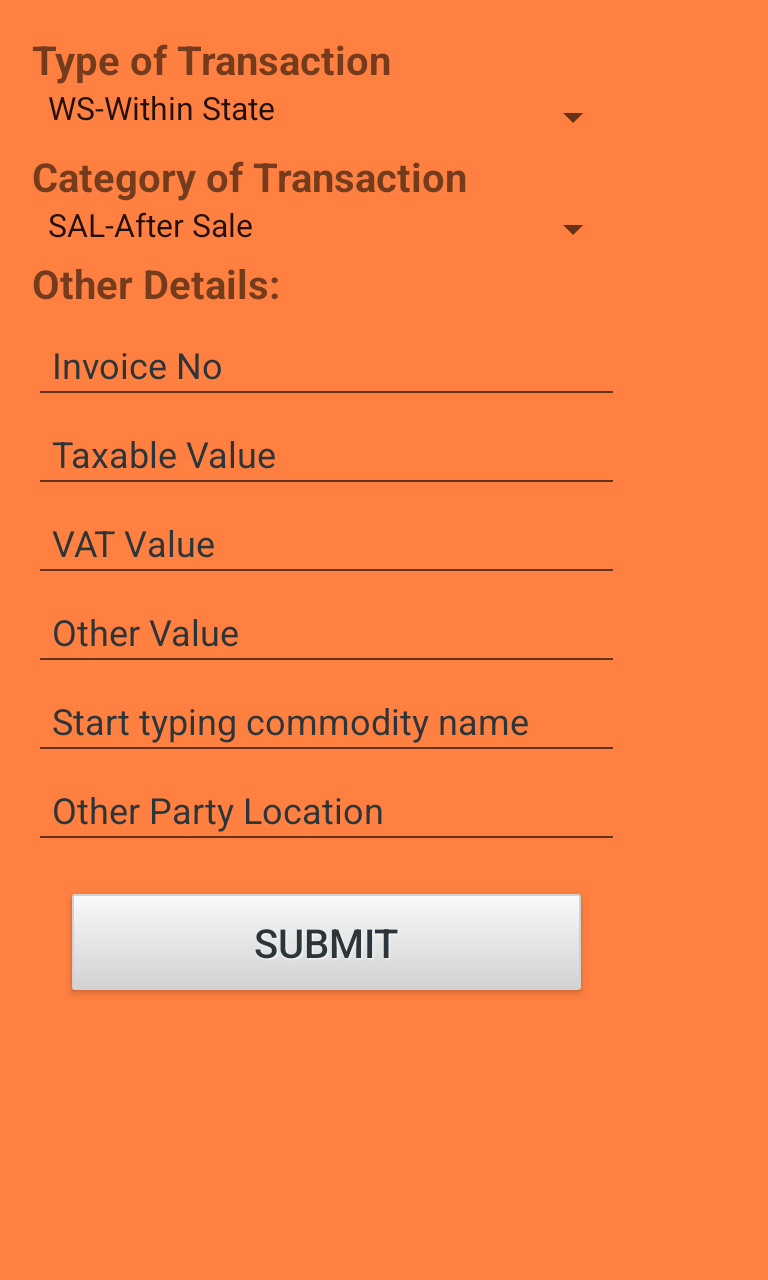
Repository: rajeefmk/Android_Projects
Layout: mSugam/res/layout/activity_main.xml
The author's editor kept a copy of each file at every save. The layout is drawn from the files as they stood at one save, then again after the next save.
It is drawn on a 768 x 1280 px phone screen (xhdpi) without system bars, with theme AppTheme; the app's code is not run.

Above is the layout before, as saved 2014-10-14 05:33:48.

### mSugam/res/layout/activity_main.xml
<LinearLayout
    xmlns:android="http://schemas.android.com/apk/res/android"
    xmlns:tools="http://schemas.android.com/tools"
    xmlns:msugam="http://schemas.android.com/apk/res-auto"
    android:id="@+id/LinearLayout1"
    android:layout_width="match_parent"
    android:layout_height="match_parent"
    android:orientation="vertical"
    android:paddingBottom="@dimen/activity_vertical_margin"
    android:paddingLeft="@dimen/activity_horizontal_margin"
    android:paddingRight="@dimen/activity_horizontal_margin"
    android:paddingTop="@dimen/activity_vertical_margin"
    tools:context="us.jaaga.msugam.MainActivity$PlaceholderFragment"
    android:layout_gravity="center_horizontal"
	android:background="#FF8040"     >

        <!-- android:showDividers="middle" -->

     <ScrollView
        android:layout_width="wrap_content"
        android:layout_height="wrap_content"
        >
     <LinearLayout
        android:orientation="vertical"
        android:layout_width="fill_parent"
        android:layout_height="wrap_content"
          >
        <TextView
            android:layout_width="match_parent"
            android:layout_height="wrap_content"
            android:text="Type of Transaction"
            android:textStyle="bold"
            android:textSize="20sp"
            />

		<Spinner
		    android:id="@+id/SpinnerType"
		    android:layout_height="wrap_content"
		    android:layout_width="match_parent"
		    android:entries="@array/type_list"
		    android:prompt="@string/type"
		    android:paddingBottom="10sp"
		    />

		<TextView
            android:layout_width="match_parent"
            android:layout_height="wrap_content"
            android:text="Category of Transaction"
            android:textStyle="bold"
            android:textSize="20sp"/>

		<Spinner
		    android:id="@+id/SpinnerCategory"
		    android:layout_height="wrap_content"
		    android:layout_width="match_parent"
		    android:entries="@array/category_list"
		    android:prompt="@string/category"
		    android:paddingBottom="5sp"

		  />

		<TextView
            android:layout_width="match_parent"
            android:layout_height="wrap_content"
            android:text="Other Details:"
            android:textStyle="bold"
            android:textSize="20sp"
            android:paddingBottom="5sp"
            />


		<!-- <EditText
		    android:id="@+id/OtherPartyTin"
		    android:layout_height="wrap_content"
		    android:layout_width="match_parent"
		    android:inputType="textCapCharacters"
		    android:hint="@string/other_party_tin"
		    android:textColorHint="#2C3539"
		    android:padding="10dp"
			android:textColor="#ffffff"
					    /> -->

		<EditText
		    android:id="@+id/InvoiceNo"
		    android:layout_height="wrap_content"
		    android:layout_width="match_parent"
		    android:inputType="textCapCharacters"
		    android:hint="@string/invoice_number"
		    android:textColorHint="#2C3539"
		    android:padding="10dp"
		    android:textColor="#ffffff"
		    />

		<EditText
		    android:id="@+id/TaxableVal"
		    android:layout_height="wrap_content"
		    android:layout_width="match_parent"
		    android:inputType="numberDecimal"
		    android:hint="@string/taxable_value"
		    android:textColorHint="#2C3539"
		    android:padding="10dp"
		    android:textColor="#ffffff"

		    />

		<EditText
		    android:id="@+id/VATVal"
		    android:layout_height="wrap_content"
		    android:layout_width="match_parent"
		    android:inputType="numberDecimal"
		    android:hint="@string/VAT_value"
		    android:textColorHint="#2C3539"
		    android:padding="10dp"
		    android:textColor="#ffffff"

		    />

		<EditText
		    android:id="@+id/OtherVal"
		    android:layout_height="wrap_content"
		    android:layout_width="match_parent"
		    android:inputType="numberDecimal"
		    android:hint="@string/other_value"
		    android:textColorHint="#2C3539"
		    android:padding="10dp"
		    android:textColor="#ffffff"
		    />

		<AutoCompleteTextView
		    android:id="@+id/CommCode"
		    android:layout_height="wrap_content"
		    android:layout_width="match_parent"
		    android:hint="@string/commodity_code"
		    android:textColorHint="#2C3539"
		    android:padding="10dp"
		    android:textColor="#ffffff"
		    />


		<EditText
		    android:id="@+id/Place"
		    android:layout_height="wrap_content"
		    android:layout_width="fill_parent"
		    android:inputType="textCapCharacters"
		    android:hint="@string/other_party_location"
		    android:textColorHint="#2C3539"
		    android:padding="10dp"
		    android:textColor="#ffffff"
		    />

		<Button
		    android:id="@+id/submitButton"
		    android:layout_height="wrap_content"
		    android:layout_width="fill_parent"
		    android:text="@string/submit_button"
		    android:layout_gravity="bottom"
		    style="@style/DefaultButtonText"
            android:background="@drawable/button_default_bg"
            android:textColor="#2C3539"

		    />
		</LinearLayout>
	</ScrollView>

</LinearLayout>

### mSugam/res/values/strings.xml
<?xml version="1.0" encoding="utf-8"?>
<resources>

    <string name="app_name">mSugam</string>
    <string name="action_settings">Settings</string>
    <string name="type">Choose Type of Transaction</string>
    <string name="category">Choose Category of Transaction</string>
    <string name="submit_button">Submit</string>
    <string name="splash_screen">mSugam</string>

    <!-- Field Strings -->

    <string name="other_party_tin">Other Party Tin</string>
    <string name="invoice_number">Invoice No</string>
    <string name="taxable_value">Taxable Value</string>
    <string name="VAT_value">VAT Value</string>
    <string name="other_value">Other Value</string>
    <string name="commodity_code">Start typing commodity name</string>
    <string name="other_party_location">Other Party Location</string>

    <string-array name="type_list">
        <!-- <item>Choose Type of Transaction</item> -->
        <item>WS-Within State</item>
        <item>IS-Interstate State</item>
        <item>EX-Export</item>
        <item>IM-Import</item>
    </string-array>

    <string-array name="category_list">
        <!-- <item>Choose Category of Transaction</item> -->
        <item>SAL-After Sale</item>
        <item>PUR-After Purchase</item>
        <item>THP-To His Principal</item>
        <item>SGS-To Shop/Go down/Storage</item>
        <item>JRL-Job work/Return/Line Sales</item>
        <item>CSD-Cons. Sale(Despatch)</item>
        <item>CSR-Cons. Sale(Receipt)</item>
        <item>STD-Stock Transfer(Despatch)</item>
        <item>STR-Stock Transfer(Receipt)</item>
        <item>OTH-Others</item>
    </string-array>

    <string-array name="commodity_code">
        <item>ADHESIVES OF ALL KINDS</item>
		<item>AGRICULTURAL AND HORTICULTURAL IMPLEMENTS</item>
		<item>ANIMAL AND ITS PRODUCTS</item>
		<item>ARECANUT IN ALL FORMS</item>
		<item>ARMS AND EXPLOSIVES</item>
		<item>AUDIO, MUSIC AND VIDEO SYSTEMS/EQUIPMENTS/PARTS/CDS/CASSETTES/TAPES</item>
		<item>AERO/JET PLANES, HELICAOPTERS AND OTHER FLYING MACHINES/PARTS</item>
		<item>BABY FOODS AND FOOD SUPPLEMENTS</item>
		<item>BAKERY PRODUCTS AND CONFECTIONERY</item>
		<item>BATTERIES OF ALL KINDS AND PARTS</item>
		<item>BICYCLES AND PARTS</item>
		<item>BISCUITS</item>
		<item>BRICKS AND TILES OF ALL KINDS</item>
		<item>CARPETS</item>
		<item>CEMENT AND ITS PRODUCTS AND MIXTURES</item>
		<item>CEREALS AND PULSES</item>
		<item>CHEMICALS</item>
		<item>COAL AND COKE</item>
		<item>COFFEE SEEDS AND COFFEE</item>
		<item>COIR PRODUCTS</item>
		<item>COMPUTER OF ALL KINDS, PERIPHERALS,CONSUMABLES AND SOFTWARE</item>
		<item>COOLING SYSTEMS AND PARTS</item>
		<item>COTTON OF ALL KINDS</item>
		<item>DAIRY PRODUCTS</item>
		<item>DIESEL ENGINES AND PARTS</item>
		<item>DRY FRUITS OTHER THAN CASHEW</item>
		<item>CASHEW</item>
		<item>EDIBLE OILS INCLUDING VANASPATHI</item>
		<item>ELECTRICAL GOODS OF ALL KINDS (HOME/INDUSTRIAL)</item>
		<item>ELECTRONIC GOODS</item>
		<item>FERTILIZERS AND AGRO CHEMICALS</item>
		<item>FIBRE GLASS AND ITS ARTICLES</item>
		<item>FIRE FIGHTING EQUIPMENTS</item>
		<item>FIREWORKS</item>
		<item>FOOD AND DRINKS</item>
		<item>FOOTWEAR OF ALL KINDS AND ACCESSORIES</item>
		<item>FOREST PRODUCES</item>
		<item>FURNITURE OF ALL KINDS</item>
		<item>GLASS AND GLASS ARTICLES</item>
		<item>HANDICRAFTS OF METALS AND IVORY AND SANDALWOOD ARTICLES</item>
		<item>HARDWARE AND PAINTS</item>
		<item>ICE CREAM AND ICE</item>
		<item>INCENSE STICKS</item>
		<item>INDUSTRIAL GASES</item>
		<item>IRON AND STEEL AND ITEMS THEREOF</item>
		<item>SCRAP OF FERROUS AND NON-FERROUS METALS</item>
		<item>JAGGERY</item>
		<item>JEWELLERY AND ALL KINDS OF ARTICLES OF GOLD, SLIVER, PLATINUM</item>
		<item>KITCHEN-WARE (STOVES, FLASKS, CHINAWARE, CUTLERY, ETC)</item>
		<item>LEASING OF GOODS OF ALL KINDS</item>
		<item>LEATHER GOODS OF ALL KINDS EXCLUDING FOOTWEAR</item>
		<item>LIFTS AND ELEVATORS</item>
		<item>LOCOMOTIVES AND PARTS THEREOF</item>
		<item>MACHINERY AND PARTS</item>
		<item>MEDICINAL AND PHARMACEUTICAL PREPARATIONS , EQUIPMENTS</item>
		<item>MINERALS AND ORES</item>
		<item>AUTOMOBILES/MOTOR VEHICLES OF ALL KINDS AND PARTS THEREOF</item>
		<item>MUSICAL INSTRUMENTS</item>
		<item>NARCOTICS</item>
		<item>NON-EDIBLE OIL</item>
		<item>NON-FERROUS METALS (ALUMINIUM, BRONZE, COPPER, BRASS, ZINC, LEAD, MERCURY) AND THEIR PRODUCTS</item>
		<item>OIL SEEDS AND OIL CAKE</item>
		<item>COCONUT,COPRA AND DESICCATED COPRA</item>
		<item>OPTICAL GOODS (BINACULARS, SPECTACLES, SUNGLASSES, MICRO/TELE SCOPES)</item>
		<item>PACKING MATERIALS</item>
		<item>PAPER IN ALL FORMS AND PAPER WASTE</item>
		<item>PETROLEUM PRODUCTS</item>
		<item>PHOTO, FILMS, CAMERAS AND THEIR PARTS, PHOTO/CINEMATOGRAPHIC GOODS</item>
		<item>PIPES AND FITTINGS</item>
		<item>PLASTIC ARTICLES</item>
		<item>PLYWOOD AND OTHER SHEETS , BOARDS</item>
		<item>PRINTED MATERIALS</item>
		<item>PUMPS, PUMPSETS AND PARTS</item>
		<item>READYMADE GARMENTS, TEXTILE MADE UPs AND HOSIERY</item>
		<item>RECTIFIED SPIRIT AND OTHERS</item>
		<item>RENEWABLE ENERGY DEVICES AND BIO-FUELS</item>
		<item>ROOFING MATERIALS</item>
		<item>RUBBER ARTICLES</item>
		<item>SAND</item>
		<item>SANITARY GOODS AND FITTINGS</item>
		<item>SIGN BOARDS AND HOARDINGS</item>
		<item>SHIIPS AND BOATS</item>
		<item>SPICES</item>
		<item>CARDAMOM</item>
		<item>PEPPER</item>
		<item>SPORTS GOODS</item>
		<item>STATIONERY ARTICLES</item>
		<item>MARBLES , SLABS AND TILES</item>
		<item>GRANITE BLOCKS,SLABS AND TILES</item>
		<item>SUGAR AND SUGARCANE</item>
		<item>TEA</item>
		<item>TELEPHONES</item>
		<item>TEXTILES AND FABRICS</item>
		<item>TIMBER AND WOOD</item>
		<item>TOBACCO AND ITS PRODUCTS</item>
		<item>TOILET ARTICLES</item>
		<item>TOYS OF ALL KINDS</item>
		<item>WATCHES AND CLOCKS</item>
		<item>WEIGHTS AND MEASURES</item>
		<item>WORKS CONTRACT</item>
		<item>YARN</item>
		<item>OTHERS</item>

    </string-array>

    <style name="DefaultButtonText">
       <item name="android:layout_width">fill_parent</item>
        <item name="android:layout_height">wrap_content</item>
        <item name="android:textColor">#979797</item>
        <item name="android:gravity">center</item>
        <item name="android:layout_margin">20dp</item>
        <item name="android:textStyle">normal</item>
        <item name="android:textSize">20sp</item>
        <item name="android:shadowColor">#f9f9f9</item>
        <item name="android:shadowDx">1</item>
        <item name="android:shadowDy">1</item>
        <item name="android:shadowRadius">1</item>
    </style>

</resources>

Loaded but not shown: mSugam/res/values/styles.xml (common file); mSugam/res/values-v11/styles.xml (common file); mSugam/res/values-v14/styles.xml (common file); mSugam/res/values/dimens.xml (common file); mSugam/res/values-w820dp/dimens.xml (common file); mSugam/res/drawable-hdpi/button_default_bg.xml (common file)

After the next save:
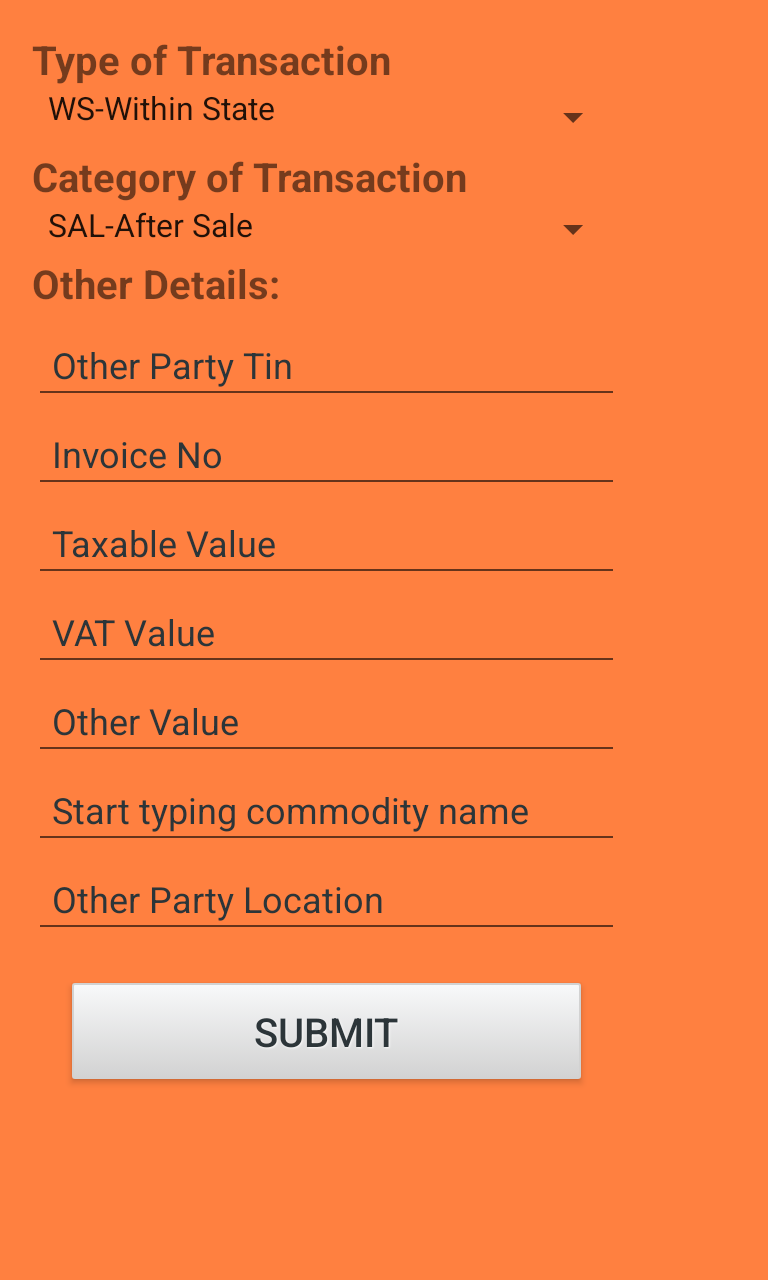
Saved 4 s later.
--- a/mSugam/res/layout/activity_main.xml
+++ b/mSugam/res/layout/activity_main.xml
@@ -69,7 +69,7 @@
             />
 
 
-		<!-- <EditText
+		<EditText
 		    android:id="@+id/OtherPartyTin"
 		    android:layout_height="wrap_content"
 		    android:layout_width="match_parent"
@@ -78,7 +78,7 @@
 		    android:textColorHint="#2C3539"
 		    android:padding="10dp"
 			android:textColor="#ffffff"
-					    /> -->
+					    />
 
 		<EditText
 		    android:id="@+id/InvoiceNo"
